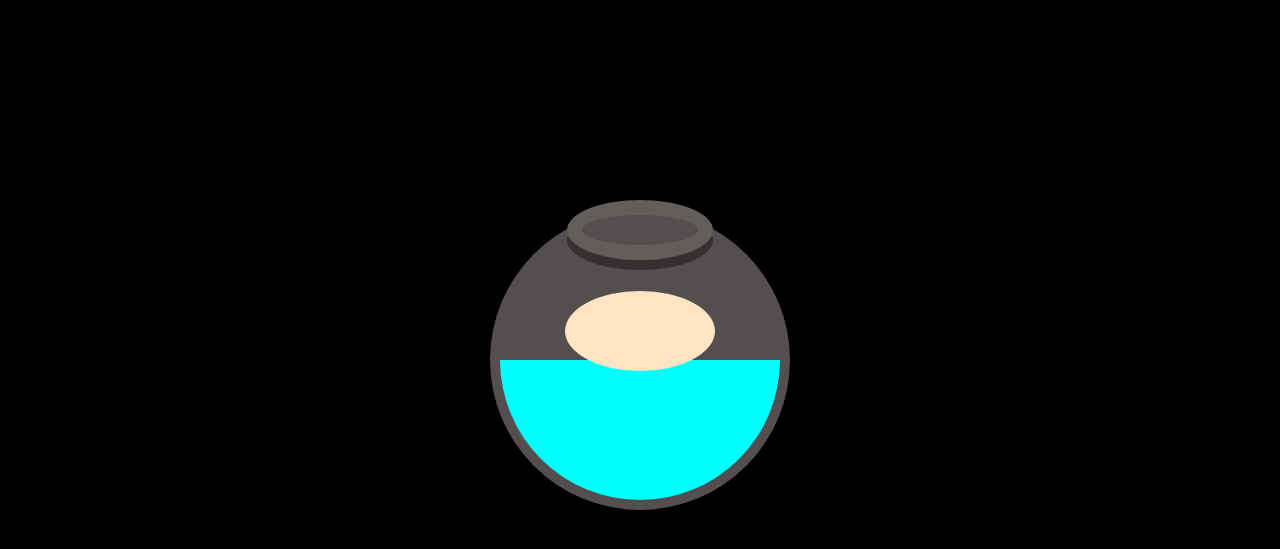
Repository: zjria/Colorful-Glowing-Liquid-Bowl-Animation-Effects
Page: index.html
The author's editor kept a copy of each file at every save. The page is drawn from the files as they stood at one save, then again after the next save.
The browser window is 1280 px wide. The pictures show the whole page.

Above is the page before, as saved 2022-04-15 17:53:35.

### index.html
<!DOCTYPE html>
<html lang="en">
<head>
    <meta charset="UTF-8">
    <meta http-equiv="X-UA-Compatible" content="IE=edge">
    <meta name="viewport" content="width=device-width, initial-scale=1.0">
    <title>Colorful Glowing Liquid Bowl Animation Effects</title>
    <link rel="stylesheet" href="style.css">
</head>
<body>
    <section>
        <div class="bowl">
            <div class="liquid">

            </div>
        </div>

    </section>
</body>
</html>

### style.css
*{
    margin: 0;
    padding: 0;
    box-sizing: border-box;
}
section{
    display: flex;
    justify-content: center;
    align-items: center;
    background: black;
    min-height: 100vh;
}
.bowl{
    position: relative;
    width: 300px;
    height: 300px;
    border-radius: 50%;
    background: rgb(85, 78, 78);
    border: 5px solid transparent;
}
.bowl::before{
    content: "";
    position: absolute;
    top: -15px;
    left: 50%;
    transform: translate(-50%);
    width: 40%;
    height: 30px;
    border-radius: 50%;
    border: 15px solid rgb(97, 94, 91);
    box-shadow: 0 10px rgb(53, 49, 49) ;
}
.bowl::after{
    content: "";
    position: absolute;
    top: 40%;
    left: 50%;
    transform: translate(-50%, -50%);
    border-radius: 50%;
    width: 150px;
    height: 80px;
    background: bisque;

}
.liquid{
    position: absolute;
    top: 50%;
    left: 5px;
    right: 5px;
    bottom: 5px;
    background: aqua;
    border-bottom-left-radius: 150px;
    border-bottom-right-radius: 150px;
}

After the next save:
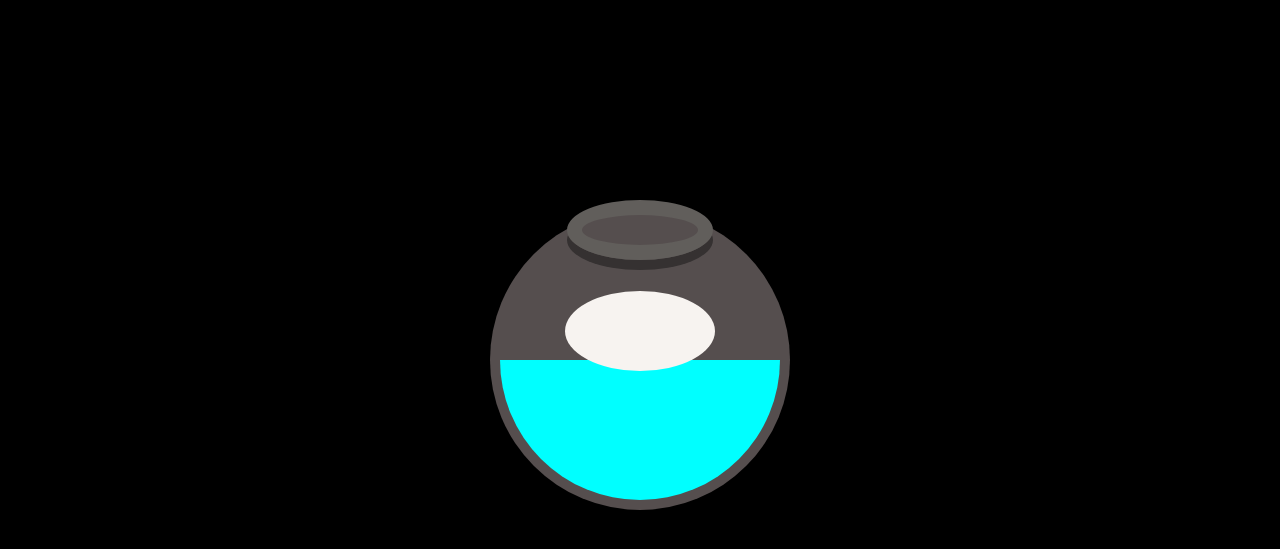
Saved 38 s later.
--- a/style.css
+++ b/style.css
@@ -39,7 +39,7 @@ section{
     border-radius: 50%;
     width: 150px;
     height: 80px;
-    background: bisque;
+    background: rgb(247, 243, 240);
 
 }
 .liquid{
